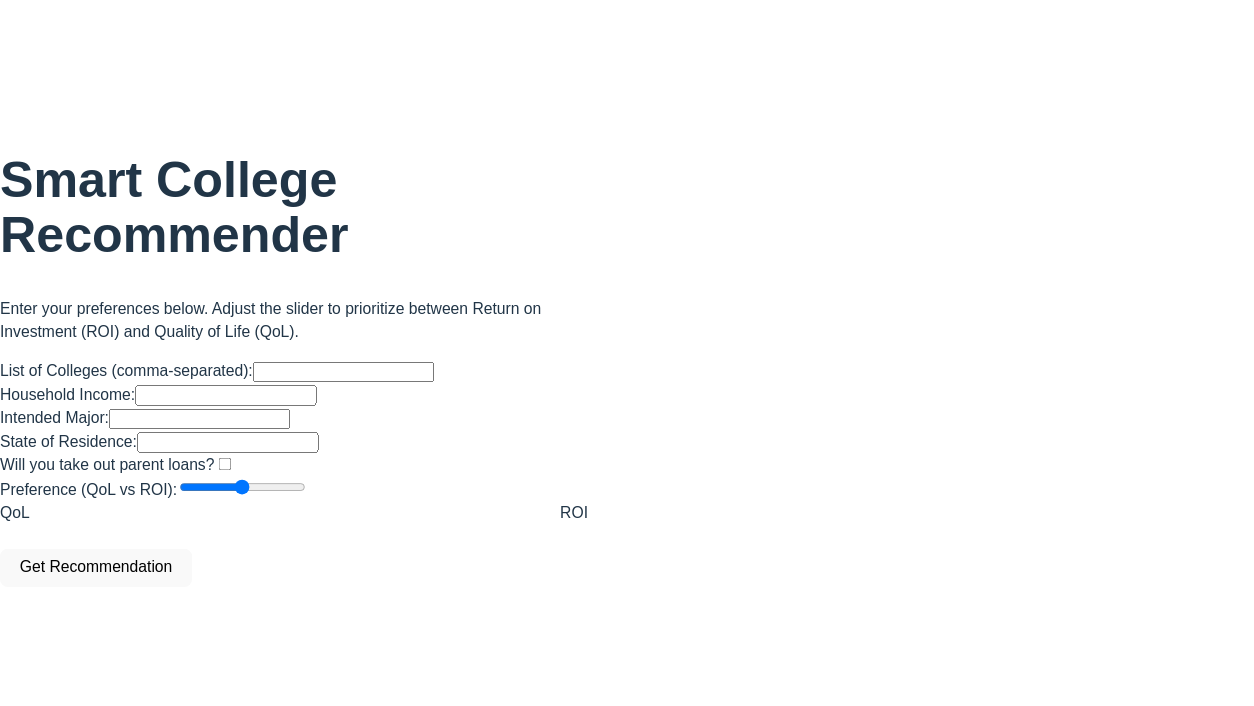
Repository: rounak-Rao/College-Recommender
Page: / (app in college-advisor-frontend/)
The author's editor kept a copy of each file at every save. The page is drawn from the files as they stood at one save, then again after the next save.
The browser window is 1280 px wide. The pictures show the whole page, at 98% of full size.
The project was rebuilt for these pictures with package versions that can differ from the ones it lists, and the page was loaded fresh each time. Also part of the build but not shown: college-advisor-frontend/vite.config.js.

Above is the page before, as saved 2025-04-13 05:37:39.

### college-advisor-frontend/src/App.jsx
import React, { useState } from 'react';

function CollegeRecommender() {
  const [schools, setSchools] = useState('');
  const [income, setIncome] = useState('');
  const [major, setMajor] = useState('');
  const [state, setState] = useState('');
  const [parentLoan, setParentLoan] = useState(false);
  const [preference, setPreference] = useState(50); // 0 = QoL, 100 = ROI
  const [result, setResult] = useState('');

  const handleSubmit = async (e) => {
    e.preventDefault();
    const data = {
      schools: schools.split(',').map(s => s.trim()),
      income: parseInt(income),
      major,
      state,
      parentLoan,
      preference
    };

    try {
      const response = await fetch('http://localhost:8000/recommend', {
        method: 'POST',
        headers: { 'Content-Type': 'application/json' },
        body: JSON.stringify(data)
      });
      const resData = await response.json();
      setResult(resData.explanation);
    } catch (error) {
      console.error('Error fetching recommendation:', error);
    }
  };

  return (
    <div style={{ maxWidth: '600px', margin: '0 auto', fontFamily: 'Arial, sans-serif' }}>
      <h1>Smart College Recommender</h1>
      <p>
        Enter your preferences below. Adjust the slider to prioritize between Return on Investment (ROI) and Quality of Life (QoL).
      </p>
      <form onSubmit={handleSubmit}>
        <label>
          List of Colleges (comma-separated):
          <input type="text" value={schools} onChange={e => setSchools(e.target.value)} required />
        </label>
        <br />
        <label>
          Household Income:
          <input type="number" value={income} onChange={e => setIncome(e.target.value)} required />
        </label>
        <br />
        <label>
          Intended Major:
          <input type="text" value={major} onChange={e => setMajor(e.target.value)} required />
        </label>
        <br />
        <label>
          State of Residence:
          <input type="text" value={state} onChange={e => setState(e.target.value)} required />
        </label>
        <br />
        <label>
          Will you take out parent loans?
          <input type="checkbox" checked={parentLoan} onChange={e => setParentLoan(e.target.checked)} />
        </label>
        <br />
        <label>
          Preference (QoL vs ROI):
          <input type="range" min="0" max="100" value={preference} onChange={e => setPreference(e.target.value)} />
          <div style={{ display: 'flex', justifyContent: 'space-between' }}>
            <span>QoL</span>
            <span>ROI</span>
          </div>
        </label>
        <br />
        <button type="submit">Get Recommendation</button>
      </form>
      {result && (
        <div>
          <h2>Recommendation:</h2>
          <p>{result}</p>
        </div>
      )}
    </div>
  );
}

export default CollegeRecommender;

Loaded but not shown: college-advisor-frontend/index.html (common file); college-advisor-frontend/src/main.jsx (common file); college-advisor-frontend/src/index.css (common file); college-advisor-frontend/src/App.css (common file)

After the next save:
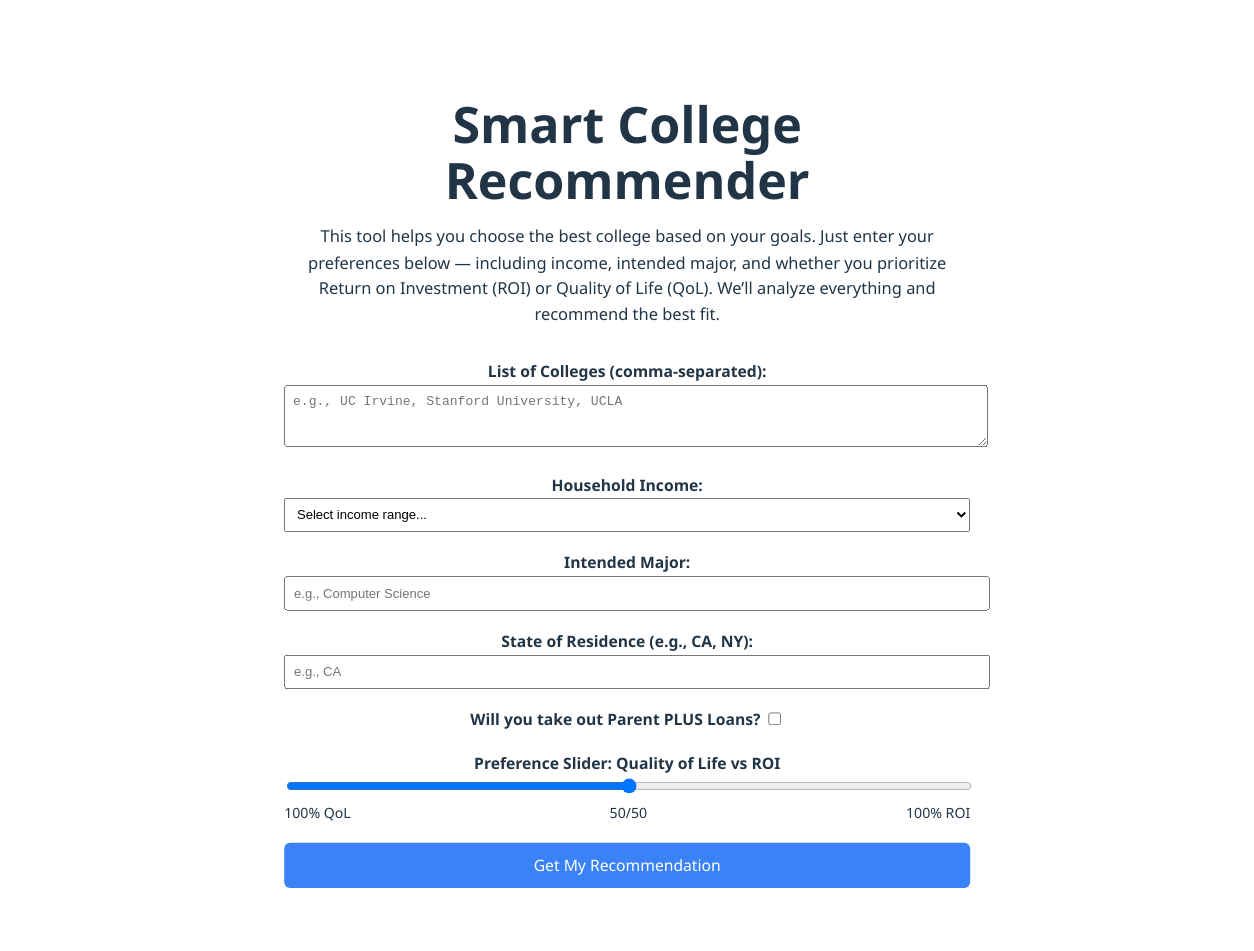
Saved 11 min 26 s later.
--- a/college-advisor-frontend/src/App.jsx
+++ b/college-advisor-frontend/src/App.jsx
@@ -1,4 +1,5 @@
 import React, { useState } from 'react';
+import './App.css'; // optional for further styling
 
 function CollegeRecommender() {
   const [schools, setSchools] = useState('');
@@ -6,18 +7,20 @@ function CollegeRecommender() {
   const [major, setMajor] = useState('');
   const [state, setState] = useState('');
   const [parentLoan, setParentLoan] = useState(false);
-  const [preference, setPreference] = useState(50); // 0 = QoL, 100 = ROI
+  const [preference, setPreference] = useState(50);
   const [result, setResult] = useState('');
 
   const handleSubmit = async (e) => {
     e.preventDefault();
+
     const data = {
       schools: schools.split(',').map(s => s.trim()),
-      income: parseInt(income),
+      income_tier: parseInt(income),
       major,
       state,
-      parentLoan,
-      preference
+      parent_loans: parentLoan,
+      weight_qol: (100 - preference) / 100,
+      weight_roi: preference / 100
     };
 
     try {
@@ -26,59 +29,127 @@ function CollegeRecommender() {
         headers: { 'Content-Type': 'application/json' },
         body: JSON.stringify(data)
       });
+
       const resData = await response.json();
-      setResult(resData.explanation);
+      setResult(resData.explanation || 'No recommendation returned.');
     } catch (error) {
       console.error('Error fetching recommendation:', error);
+      setResult("Something went wrong. Please try again.");
     }
   };
 
   return (
-    <div style={{ maxWidth: '600px', margin: '0 auto', fontFamily: 'Arial, sans-serif' }}>
-      <h1>Smart College Recommender</h1>
-      <p>
-        Enter your preferences below. Adjust the slider to prioritize between Return on Investment (ROI) and Quality of Life (QoL).
+    <div style={{
+      maxWidth: '700px',
+      margin: '0 auto',
+      padding: '2rem',
+      fontFamily: 'Segoe UI, sans-serif',
+      lineHeight: 1.6
+    }}>
+      <h1 style={{ textAlign: 'center', marginBottom: '0.5rem' }}>Smart College Recommender</h1>
+      <p style={{ textAlign: 'center', marginBottom: '2rem', fontSize: '1.05rem' }}>
+        This tool helps you choose the best college based on your goals. Just enter your preferences below — including income, intended major,
+        and whether you prioritize Return on Investment (ROI) or Quality of Life (QoL). We’ll analyze everything and recommend the best fit.
       </p>
-      <form onSubmit={handleSubmit}>
+
+      <form onSubmit={handleSubmit} style={{ display: 'flex', flexDirection: 'column', gap: '1.2rem' }}>
         <label>
-          List of Colleges (comma-separated):
-          <input type="text" value={schools} onChange={e => setSchools(e.target.value)} required />
+          <strong>List of Colleges (comma-separated):</strong>
+          <textarea
+            rows={3}
+            placeholder="e.g., UC Irvine, Stanford University, UCLA"
+            style={{ width: '100%', padding: '0.5rem', resize: 'vertical' }}
+            value={schools}
+            onChange={e => setSchools(e.target.value)}
+            required
+          />
         </label>
-        <br />
+
         <label>
-          Household Income:
-          <input type="number" value={income} onChange={e => setIncome(e.target.value)} required />
+          <strong>Household Income:</strong>
+          <select
+            value={income}
+            onChange={e => setIncome(e.target.value)}
+            required
+            style={{ padding: '0.5rem', width: '100%' }}
+          >
+            <option value="">Select income range...</option>
+            <option value="0">Below $30,000</option>
+            <option value="1">$30,001 – $75,000</option>
+            <option value="2">Above $75,000</option>
+          </select>
         </label>
-        <br />
+
         <label>
-          Intended Major:
-          <input type="text" value={major} onChange={e => setMajor(e.target.value)} required />
+          <strong>Intended Major:</strong>
+          <input
+            type="text"
+            value={major}
+            onChange={e => setMajor(e.target.value)}
+            placeholder="e.g., Computer Science"
+            style={{ width: '100%', padding: '0.5rem' }}
+            required
+          />
         </label>
-        <br />
+
         <label>
-          State of Residence:
-          <input type="text" value={state} onChange={e => setState(e.target.value)} required />
+          <strong>State of Residence (e.g., CA, NY):</strong>
+          <input
+            type="text"
+            value={state}
+            onChange={e => setState(e.target.value)}
+            placeholder="e.g., CA"
+            style={{ width: '100%', padding: '0.5rem' }}
+            required
+          />
         </label>
-        <br />
+
         <label>
-          Will you take out parent loans?
-          <input type="checkbox" checked={parentLoan} onChange={e => setParentLoan(e.target.checked)} />
+          <strong>Will you take out Parent PLUS Loans?</strong>
+          <input
+            type="checkbox"
+            checked={parentLoan}
+            onChange={e => setParentLoan(e.target.checked)}
+            style={{ marginLeft: '0.5rem' }}
+          />
         </label>
-        <br />
+
         <label>
-          Preference (QoL vs ROI):
-          <input type="range" min="0" max="100" value={preference} onChange={e => setPreference(e.target.value)} />
-          <div style={{ display: 'flex', justifyContent: 'space-between' }}>
-            <span>QoL</span>
-            <span>ROI</span>
+          <strong>Preference Slider: Quality of Life vs ROI</strong>
+          <input
+            type="range"
+            min="0"
+            max="100"
+            value={preference}
+            onChange={e => setPreference(e.target.value)}
+            style={{ width: '100%' }}
+          />
+          <div style={{ display: 'flex', justifyContent: 'space-between', fontSize: '0.9rem' }}>
+            <span>100% QoL</span>
+            <span>50/50</span>
+            <span>100% ROI</span>
           </div>
         </label>
-        <br />
-        <button type="submit">Get Recommendation</button>
+
+        <button
+          type="submit"
+          style={{
+            padding: '0.75rem',
+            fontSize: '1rem',
+            backgroundColor: '#3b82f6',
+            color: 'white',
+            border: 'none',
+            borderRadius: '6px',
+            cursor: 'pointer'
+          }}
+        >
+          Get My Recommendation
+        </button>
       </form>
+
       {result && (
-        <div>
-          <h2>Recommendation:</h2>
+        <div style={{ marginTop: '2rem', backgroundColor: '#f9f9f9', padding: '1rem', borderRadius: '6px' }}>
+          <h2 style={{ color: '#3b82f6' }}>Recommendation:</h2>
           <p>{result}</p>
         </div>
       )}
